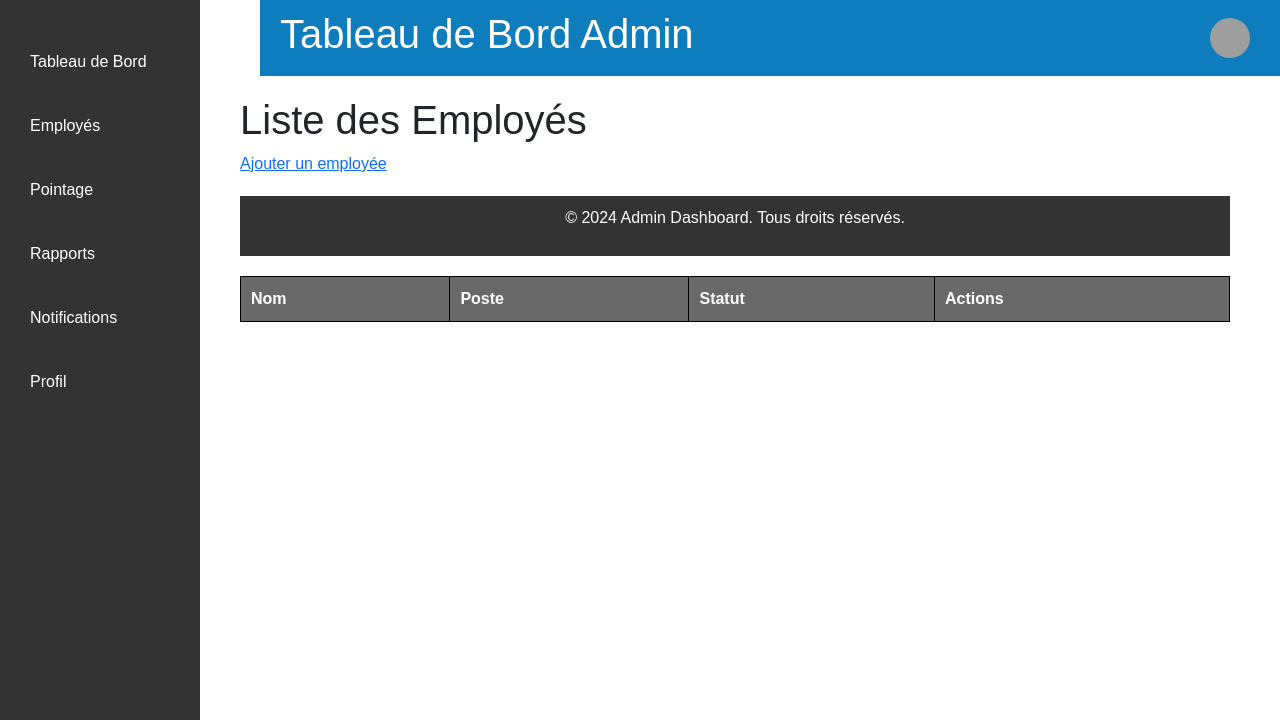
Repository: safa39652/projet-de-developpement-
Page: templates/employe/index.html.twig
These files come from the project's save history. The page is drawn as it stood at one moment and after the next save; the edit follows.
The browser window is 1280 px wide. The pictures show the whole page.
Pictures or frames that could not be fetched are drawn as grey boxes. Some web libraries are served in a nearby version. The page is a Twig template of a Symfony application; nobody is signed in and links lead nowhere. The template is opened directly, without the code that normally fills it, so the values that code supplies are empty.

Above is the page before, as saved 2024-11-20 18:57:15.

After the next save:
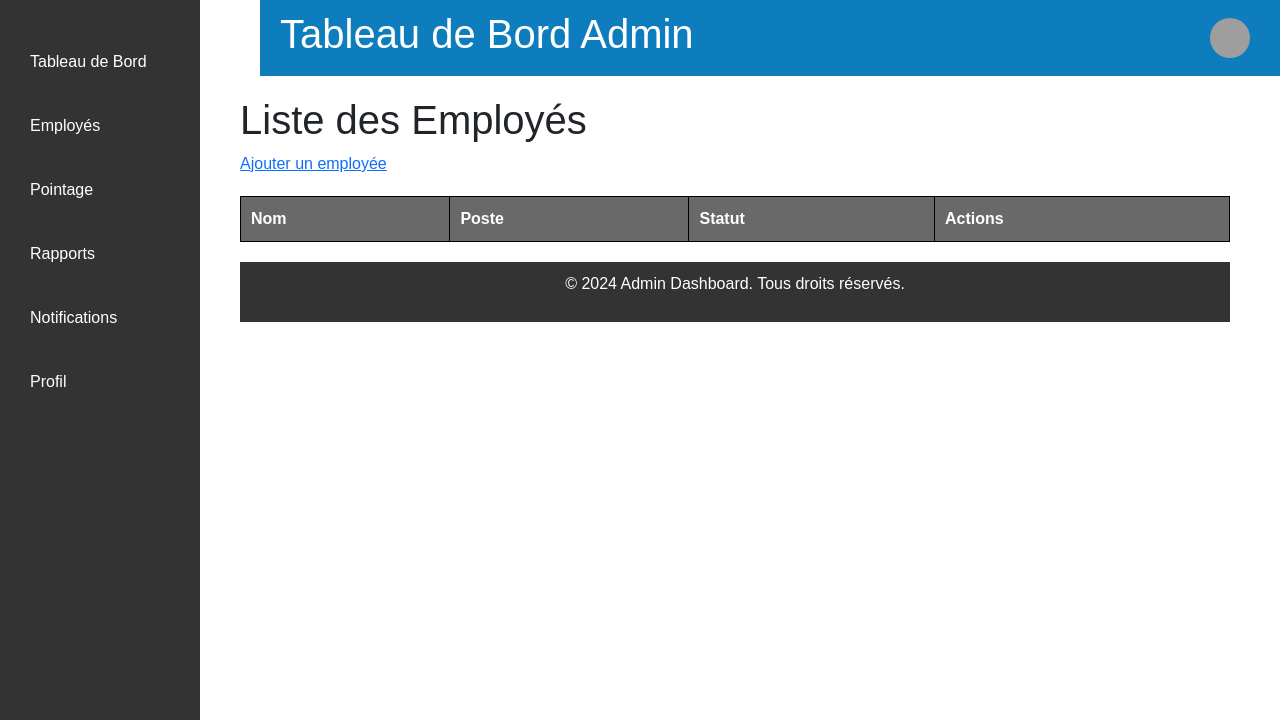
Saved 21 s later.
--- a/templates/employe/index.html.twig
+++ b/templates/employe/index.html.twig
@@ -33,8 +33,9 @@
                 </td>
             </tr>
         {% endfor %}
-        <footer>
+
+    </table>
+    <footer>
         <p>&copy; 2024 Admin Dashboard. Tous droits réservés.</p>
       </footer>
-    </table>
 {% endblock %}
